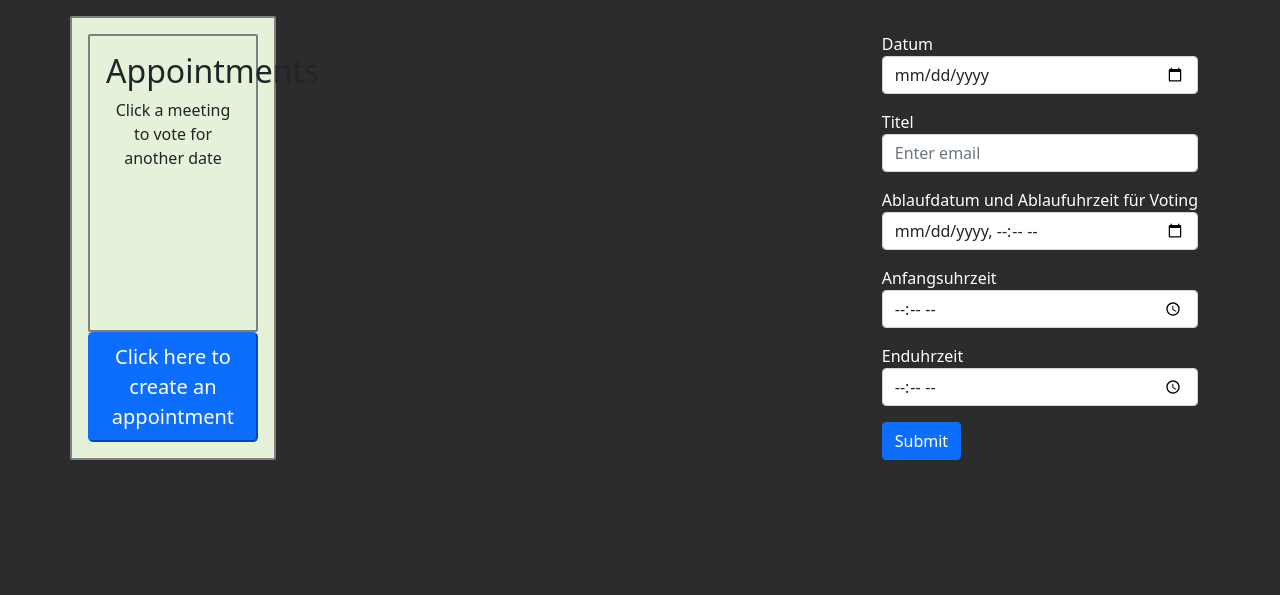
Repository: wlichon/Semesterprojekt
Page: index.html
These files come from the project's save history. The page is drawn as it stood at one moment and after the next save; the edit follows.
The browser window is 1280 px wide. The pictures show the whole page.
The page's requests for data from a server got no answer. Some web libraries are served in a nearby version.

Above is the page before, as saved 2022-04-22 20:51:41.

### index.html
<!DOCTYPE html>
<html lang="en">
<head>
    <link href="https://cdn.jsdelivr.net/npm/bootstrap@5.1.3/dist/css/bootstrap.min.css" rel="stylesheet" integrity="sha384-1BmE4kWBq78iYhFldvKuhfTAU6auU8tT94WrHftjDbrCEXSU1oBoqyl2QvZ6jIW3" crossorigin="anonymous">
    <link rel="stylesheet" href="https://cdn.jsdelivr.net/npm/bootstrap-icons@1.8.1/font/bootstrap-icons.css">
    <script
    src="https://code.jquery.com/jquery-3.6.0.min.js"
    integrity="sha256-/xUj+3OJU5yExlq6GSYGSHk7tPXikynS7ogEvDej/m4="
    crossorigin="anonymous"></script>
    <script src="https://cdnjs.cloudflare.com/ajax/libs/jqueryui/1.12.1/jquery-ui.min.js" integrity="sha512-uto9mlQzrs59VwILcLiRYeLKPPbS/bT71da/OEBYEwcdNUk8jYIy+D176RYoop1Da+f9mvkYrmj5MCLZWEtQuA==" crossorigin="anonymous" referrerpolicy="no-referrer"></script>
    <meta charset="UTF-8">
    <meta http-equiv="X-UA-Compatible" content="IE=edge">
    <meta name="viewport" content="width=device-width, initial-scale=1.0">
    <link rel="stylesheet" href="frontend/css/mystyle.css">
    <script src="frontend/script/script.js" defer></script>
    <title>Appointment Finder</title>
</head>
<body class="d-flex justify-content-center">
    <div class="container m-3 d-flex justify-content-center">
        <div class="events row flex-grow-1" id="events">
            <div class="col-md-3 d-flex justify-content-between" style="flex-direction: column">

                <div class="col">
                    <h2 class="align-self-center">Appointments</h2>
                    <p class="">Click a meeting to vote for another date</p>
                </div>
                <button class = "btn-primary btn-lg" id = "createappointment"> Click here to create an appointment</button>


                </div>
             </div>

            <div class="appointments row flex-grow-1" id="appointments">
                <div class="col-md d-flex justify-content-between" style="flex-direction: column">
                    <div class="row h-80">
                        <div class="col">
                           <h2 class="align-self-center">Options</h2>
                        </div>
                    </div>
                    <div class="row inputs h-20 align-self-bottom">
                        <div class="col-md">
                            <i class="bi bi-person-circle m-1"></i><input type="text" placeholder="Name">
                        </div>
                    </div>

                </div>




                <!--
                    <div id = "appointment"
                <div class="col-md">
                    <div class="row h-80">
                        <div class="col wrapper">
                            <h4>Dez</h4>
                            <h3>23</h3>
                            <p>Mi</p>
                            <p>11:40</p>
                            <p>13:00</p>
                        </div>
                    </div>
                    <div class="row inputs h-20">
                        <div class="col-md"><input class="form-check-input" type="checkbox" value=""></div>
                    </div>


                </div>
                <div class="btn btn-primary col-auto p-1" id="lslide">
                    <i class="bi bi-chevron-left"></i>
                </div>

                <div class="row mt-5 comment">
                    <div class="input-group input-group-lg">
                        <span class="input-group-text" id="inputGroup-sizing-lg">Comment</span>
                        <input type="text" class="form-control" aria-label="Sizing example input" aria-describedby="inputGroup-sizing-lg">
                        <button class="btn btn-outline-secondary bg-primary text-white" type="button" id="submit">Submit</button>
                    </div>
                </div>
            -->
        </div>
        <form id = "createappointmentform">
            <!-- Appointment ($date,$title,$votingExpirationDate,$begin,$end,$optionIDs)3222 -->
            <div class="form-group">
              <label for="exampleInputEmail1" class ="text-white mt-3">Datum</label>
              <input type="date" class="form-control" id="exampleInputEmail1" aria-describedby="emailHelp" placeholder="Enter email">
            </div>
            <div class="form-group">
                <label for="exampleInputEmail1" class ="text-white mt-3">Titel</label>
                <input type="text" class="form-control" id="exampleInputEmail1" aria-describedby="emailHelp" placeholder="Enter email">
            </div>
              <div class="form-group">
                <label for="exampleInputEmail1" class ="text-white mt-3">Ablaufdatum und Ablaufuhrzeit für Voting</label>
                <input type="datetime-local" class="form-control" id="exampleInputEmail1" aria-describedby="emailHelp">
            </div>
              <div class="form-group">
                <label for="exampleInputEmail1" class ="text-white mt-3">Anfangsuhrzeit</label>
                <input type="time" class="form-control" id="exampleInputEmail1" aria-describedby="emailHelp">
            </div>
              <div class="form-group">
                <label for="exampleInputEmail1" class ="text-white mt-3">Enduhrzeit</label>
                <input type="time" class="form-control" id="exampleInputEmail1" aria-describedby="emailHelp">
            </div>
            <button type="submit" class="btn btn-primary mt-3">Submit</button>
          </form>

            </div>


    <script src="https://cdn.jsdelivr.net/npm/bootstrap@5.1.3/dist/js/bootstrap.bundle.min.js" integrity="sha384-ka7Sk0Gln4gmtz2MlQnikT1wXgYsOg+OMhuP+IlRH9sENBO0LRn5q+8nbTov4+1p" crossorigin="anonymous"></script>
</body>
</html>

### frontend/css/mystyle.css
[class*="col"]{
    text-align:center;
    border: 2px solid grey;
    padding: 1rem;
    border-radius: 2px;
    background-color:rgb(228, 242, 217);
}

.bi-person-circle{
    font-size: 1.5rem;
}

.inputs > div{
    background-color: rgb(89, 209, 61);
}

body{
    background-color:rgb(45, 44, 44);
}

.wrapper{
    border-radius: 5px;
    border: none;
    background-color: lightcyan;
}

.container{
    border-radius: 5px;
}

#lslide{
    background-color:blue;
    border-radius:10px;
}

.event{
    cursor: pointer;
}

.event:hover{
    background-color:blue;
}

.noevent:hover{
    pointer-events: none;
}

### frontend/script/script.js
"use strict";
var months = ["Jan", "Feb", "Mar", "Apr", "May", "Jun", "Jul", "Aug", "Sep", "Oct", "Nov", "Dec"];
var days = ["Mon", "Tue", "Wed", "Thu", "Fri", "Sat", "Sun"];
var slidebutton = "<div class='btn btn-primary col-auto p-1' id='lslide'><i class='bi bi-chevron-left'></i></div>";
var commentbar = "<div class='row mt-5 comment'><div class='input-group input-group-lg'><span class='input-group-text' id='inputGroup-sizing-lg'>Comment</span><input type='text' class='form-control' aria-label='Sizing example input' aria-describedby='inputGroup-sizing-lg'><button class='btn btn-outline-secondary bg-primary text-white' type='button' id='submit'>Submit</button></div></div>";
$(function () {
    $("#appointments").hide();
    $("#events").hide();
    $.ajax({
        type: "GET",
        url: "backend/serviceHandler.php",
        cache: false,
        data: { function: "loadAppointments" },
        dataType: "json",
        success: function (response) {
            // bei sucess liefert loadAppointments ein Array mit den ganzen Appointments in dem Format:
            //  Appointment("25-06-2027", "Meeting4", "22-05-2025 19:30:00", "18:00", "18:30", [2, 3]) also:
            // Appointment("Tag-Monat-Jahr", "MeetingNummer", "ExpirationDate", "UhrzeitBeginn", "Uhrzeitende", "OptionsID");
            // Appointment ($date,$title,$votingExpirationDate,$begin,$end,$optionIDs)3222
            console.log("success");
            $.each(response, function (i, val) {
                var counter = 1;
                var date = new Date(val["date"]["date"]);
                var month = months[date.getMonth()];
                var day = days[date.getDay()];
                var dayOfMonth = date.getDate();
                var year = date.getFullYear();
                var expiration = val["votingExpirationDate"]["date"].substr(0, 19);
                var begin = val["begin"]["date"].substr(11).substr(0, 8);
                var end = val["end"]["date"].substr(11).substr(0, 8);
                var id = val["optionIDs"];
                $("#events").append("<div class='col-md-2 event' id =" + counter + " + data=" + id + ">" +
                    "<div class='col wrapper'>" +
                    "<h2>" + val["title"] + "</h2>" +
                    "<h4>" + month + "</h4>" +
                    "<h3>" + dayOfMonth + "</h3>" +
                    "<p>" + day + "</p>" +
                    "<p>Begins: " + begin + "</p>" +
                    "<p>Ends: " + end + "</p>" +
                    "<h6><p>Voting ends:</p>" +
                    "<p>" + expiration + "</p></h6>" +
                    "</div> </div>");
                var isexpired = new Date(expiration);
                var today = new Date();
                if (isexpired <= today) {
                    $("#" + counter).append("<h5 class = 'mt-3' > abgelaufen! </h5>");
                    $("#" + counter).attr("class", "col-md-2 noevent");
                }
                counter++;
            });
        },
        complete: function () {
            $(".event").on('click', function (e) {
                var self = e.currentTarget; // Element was das Klick getriggert hat
                $("#events").hide("slide", { direction: "left" }, 1000, function () {
                    console.log(self);
                    var optionIDs_string = self.getAttribute("data");
                    var optionIDs = Array.from(optionIDs_string.split(","));
                    console.log(optionIDs);
                    $.ajax({
                        type: "GET",
                        url: "backend/serviceHandler.php",
                        cache: false,
                        data: { function: "loadOptions", param: optionIDs },
                        dataType: "json",
                        success: function (response) {
                            console.log("success");
                            console.log(response);
                            $.each(response, function (i, val) {
                                var date = new Date(val["date"]["date"]);
                                console.log("loop");
                                var month = months[date.getMonth()];
                                var day = days[date.getDay()];
                                var dayOfMonth = date.getDate();
                                var year = date.getFullYear();
                                var begin = val["begin"]["date"].substr(11).substr(0, 8);
                                var end = val["end"]["date"].substr(11).substr(0, 8);
                                $("#appointments").append("<div class='col-md'>" +
                                    "<div class='col-md event'>" +
                                    "<div class='col wrapper'>" +
                                    "<h4>" + month + "</h4>" +
                                    "<h3>" + dayOfMonth + "</h3>" +
                                    "<p>" + day + "</p>" +
                                    "<p>Begins: " + begin + "</p>" +
                                    "<p>Ends: " + end + "</p>" +
                                    "</div></div>" +
                                    "<div class='row inputs h-20'>" +
                                    "<div class='col-md'><input class='form-check-input' type='checkbox' value=''></div></div></div>");
                            });
                            $("#appointments").append(slidebutton + commentbar);
                            $("#lslide").on('click', slidebar);
                        },
                        error: function (response) {
                            console.log("failure");
                        }
                    }),
                        setTimeout(function () { return $("#appointments").show("slide", 1000); }, 100);
                });
            });
            $("#events").show("slide", 1000);
        },
        error: function (e) {
            console.log("failure");
        }
    });
    console.log("hi");
    $("#submit").on('click', function () {
        console.log($("#test").prop("checked"));
    });
});
var optionNameInput = '<div class="col-md d-flex justify-content-between" style="flex-direction: column">' +
    '<div class="row h-80">' +
    '<div class="col">' +
    '<h2 class="align-self-center">Options</h2>' +
    '</div>' +
    '</div>' +
    '<div class="row inputs h-20 align-self-bottom">' +
    '<div class="col-md">' +
    '<i class="bi bi-person-circle m-1"></i><input type="text" placeholder="Name">' +
    '</div>' +
    '</div>' +
    '</div>';
function slidebar() {
    $("#appointments").hide("slide", { direction: "left" }, 1000, function () {
        $("#appointments").empty().append(optionNameInput);
        $("#events").show("slide", 1000);
    });
}

After the next save:
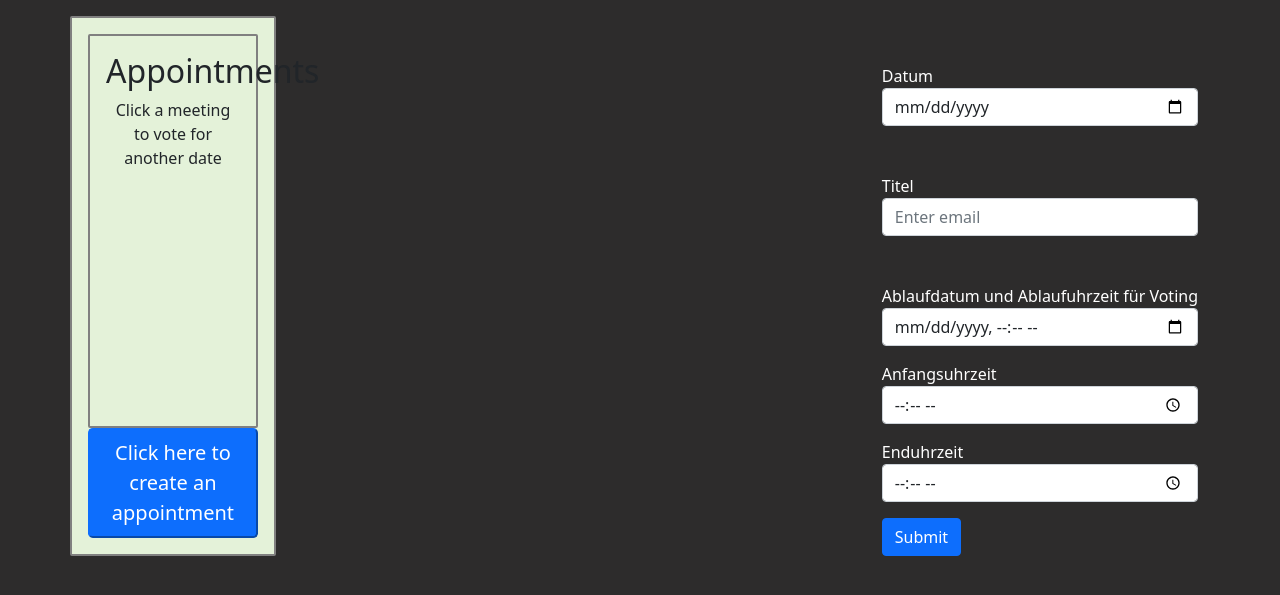
Saved 19 s later.
--- a/index.html
+++ b/index.html
@@ -82,15 +82,15 @@
         <form id = "createappointmentform">
             <!-- Appointment ($date,$title,$votingExpirationDate,$begin,$end,$optionIDs)3222 -->
             <div class="form-group">
-              <label for="exampleInputEmail1" class ="text-white mt-3">Datum</label>
+              <label for="exampleInputEmail1" class ="text-white mt-5">Datum</label>
               <input type="date" class="form-control" id="exampleInputEmail1" aria-describedby="emailHelp" placeholder="Enter email">
             </div>
             <div class="form-group">
-                <label for="exampleInputEmail1" class ="text-white mt-3">Titel</label>
+                <label for="exampleInputEmail1" class ="text-white mt-5">Titel</label>
                 <input type="text" class="form-control" id="exampleInputEmail1" aria-describedby="emailHelp" placeholder="Enter email">
             </div>
               <div class="form-group">
-                <label for="exampleInputEmail1" class ="text-white mt-3">Ablaufdatum und Ablaufuhrzeit für Voting</label>
+                <label for="exampleInputEmail1" class ="text-white mt-5">Ablaufdatum und Ablaufuhrzeit für Voting</label>
                 <input type="datetime-local" class="form-control" id="exampleInputEmail1" aria-describedby="emailHelp">
             </div>
               <div class="form-group">
